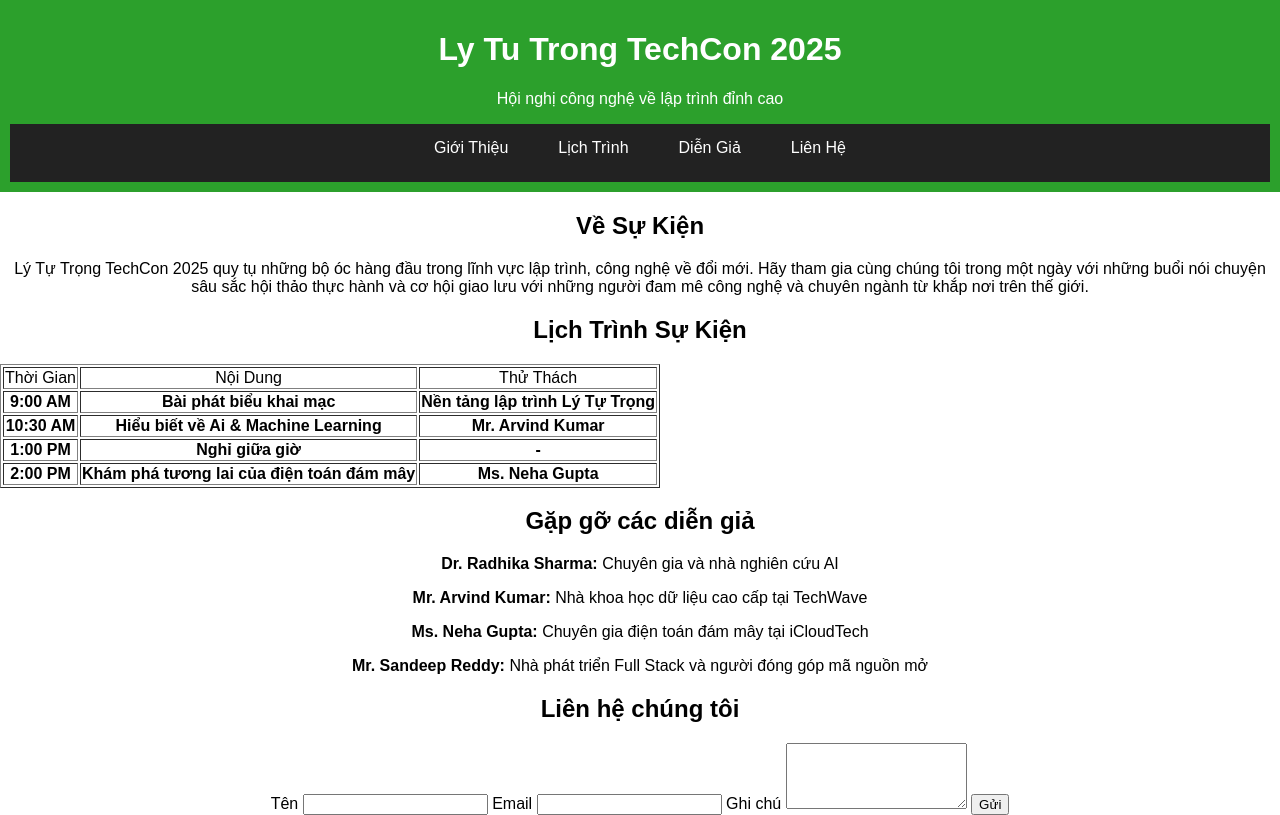
Repository: NhatMinh121/BaiTapVeNha1
Page: index.html
An editor plug-in stored every save of this project. The page is shown before and after the next save, followed by the edit.
The browser window is 1280 px wide. The pictures show the whole page.

Above is the page before, as saved 2025-03-28 22:55:54.

After the next save:
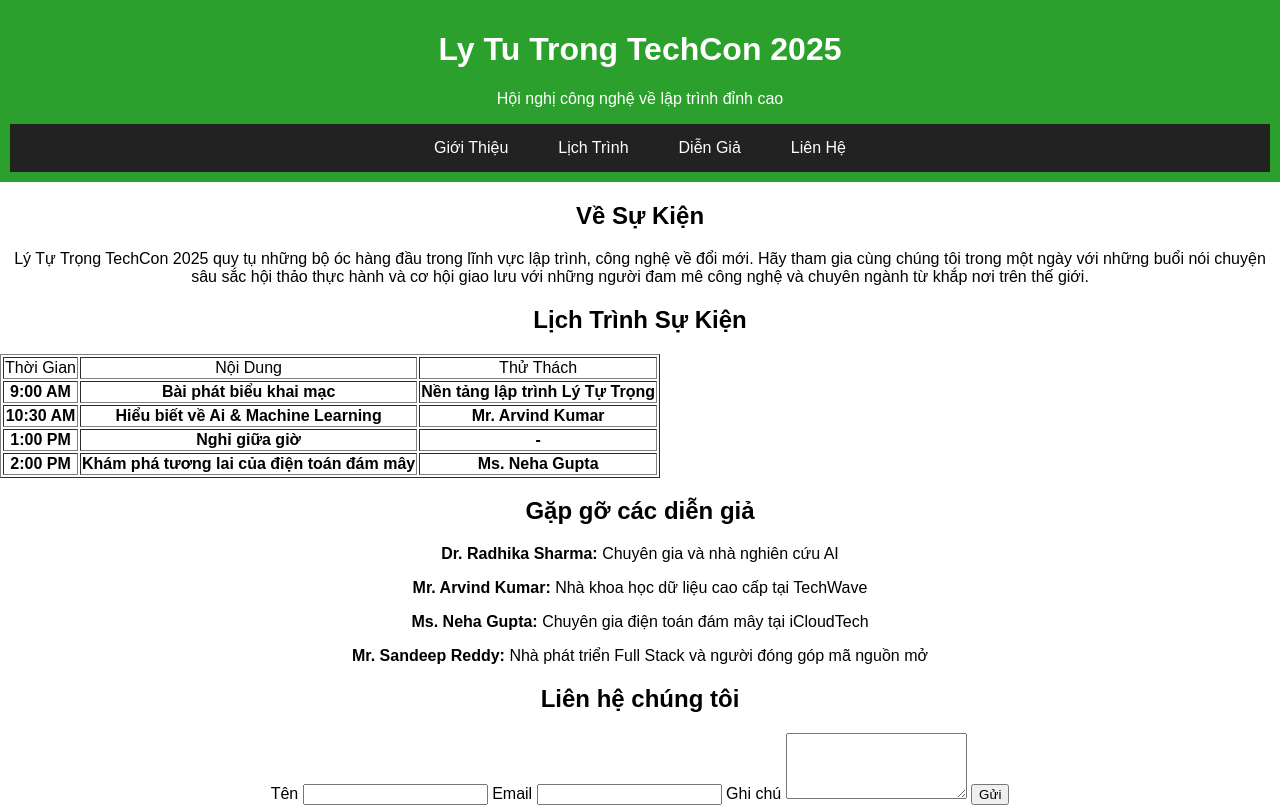
Saved 9 s later.
--- a/style.css
+++ b/style.css
@@ -15,7 +15,7 @@
 
 .menu {
     background-color: #222;
-    padding: 10px 5px 20px 5px;
+    padding: 10px 5px;
 }
 
 .menu ul {
